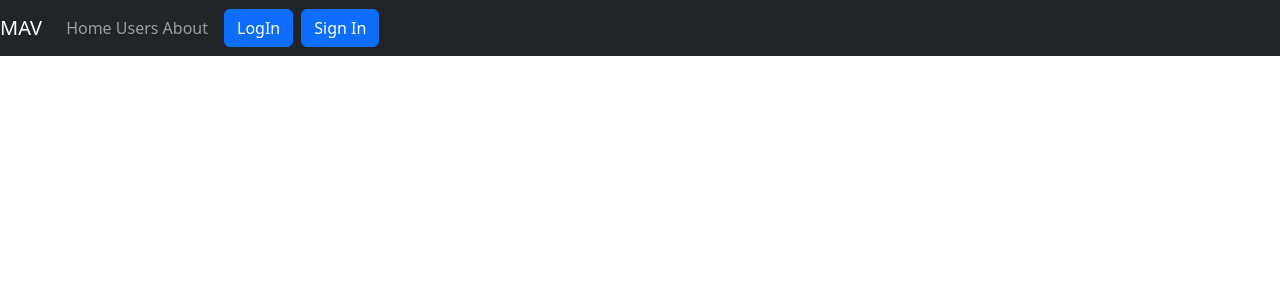
Repository: Dekabrist94/Bootstrap-First-Page
Page: /
The author's editor kept a copy of each file at every save. The page is drawn from the files as they stood at one save, then again after the next save.
The browser window is 1280 px wide. The pictures show the whole page.
The project was rebuilt for these pictures with package versions that can differ from the ones it lists, and the page was loaded fresh each time.

Above is the page before, as saved 2023-04-07 23:50:29.

After the next save:
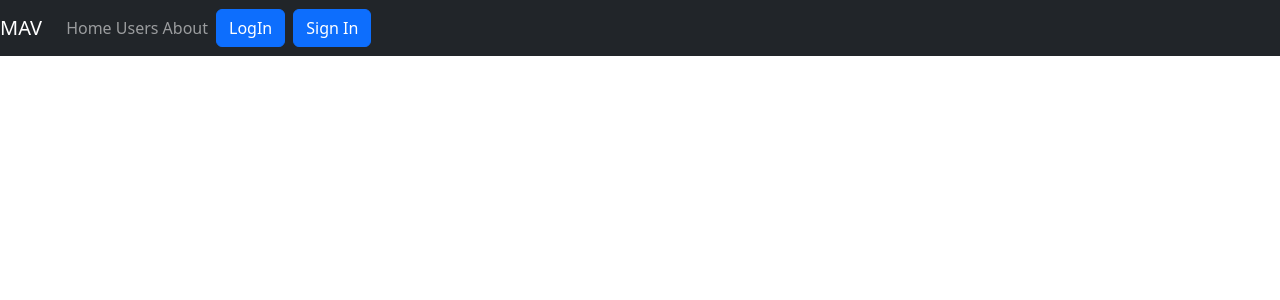
Saved 4 s later.
--- a/src/components/Navibar.js
+++ b/src/components/Navibar.js
@@ -13,7 +13,7 @@ export const Navibar = () => {
             <Nav.Link>Home Users About</Nav.Link>
           </Nav>
           <Nav>
-            <Button variant="primary" className="ms-2 me-2">
+            <Button variant="primary" className="ms--2 me-2">
               LogIn
             </Button>
             <Button variant="primary">Sign In</Button>
